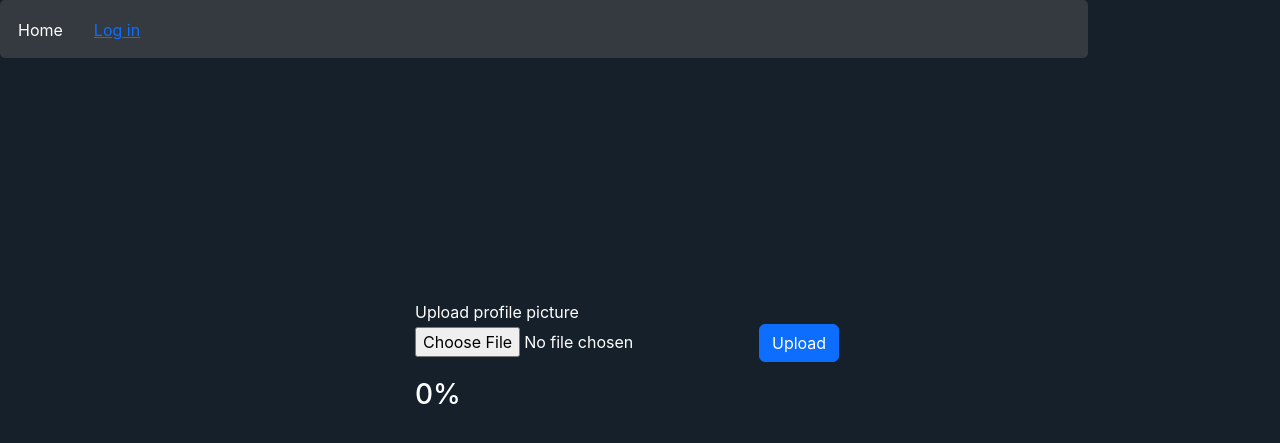
Repository: mark-itc/microblogging-roistyx
Page: /profile
These files come from the project's save history. The page is drawn as it stood at one moment and after the next save; the edit follows.
The browser window is 1280 px wide. The pictures show the whole page.
The project was rebuilt for these pictures with package versions that can differ from the ones it lists, and the page was loaded fresh each time. Also part of the build but not shown: src/views/Profile.css, src/components/TweetsRenderContext.js, src/components/TweetPosterContext.js, src/components/Post.css, src/components/Post.js, src/views/TweetBox.js, src/views/Feed.css, src/views/Feed.js and 4 more.

Above is the page before, as saved 2022-12-14 15:11:29.

### src/index.js
import React from 'react'
import ReactDOM from 'react-dom/client'
import reportWebVitals from './reportWebVitals'
import {BrowserRouter} from 'react-router-dom'
import 'bootstrap/dist/css/bootstrap.min.css'
import App from './App'
import './index.css'

const root = ReactDOM.createRoot(document.getElementById('root'))
root.render(
    <BrowserRouter>
        <App />
    </BrowserRouter>
)

reportWebVitals()

### src/App.js
import React, { useState, useEffect, useContext } from 'react'
import { Route, Routes, Switch } from 'react-router-dom'
import {Container} from 'react-bootstrap'
import { ApiTweetsContext } from './components/ApiTweetsContext'
import {Profile} from './views/Profile'
import fetchFromAPI from './helper/api'
import Navbar from './components/Navbar'
import Feed from './views/Feed'
import Signup from './views/Signup'
import Login from './views/Login'
import './components/right-column.css'
import './components/left-column.css'
import './components/Navbar.css'
import './App.css'
import { AuthProvider, useAuth } from './contexts/AuthContext'
import { TweetContextProvider } from './contexts/TweetContext'



function App() {



    return (
    <>
    <TweetContextProvider>
      <div className="app">
      {<AuthProvider>
        <Navbar className='navbar'/>
        <div className="feed-comment_box-container">
            <Routes>
              <Route path="/login" element={
                <Login/>}>
              </Route>
              <Route path="/" element={<Feed/>}></Route>
                <Route path="/signup" element={<Signup />}></Route>
                <Route path="/profile" element={<Profile/>}></Route>
            </Routes>
        </div>
        </AuthProvider>}
      </div>
      </TweetContextProvider>
    </>
  )
}

export default App

### src/components/ApiTweetsContext.js
import {createContext} from 'react'

export const ApiTweetsContext = createContext(null)

### src/views/Profile.js
import {useState, useEffec, useReducer, form} from 'react'
import Modal from 'react-bootstrap/Modal';
import { useAuth } from '../contexts/AuthContext'
import './Profile.css'
import {useTweetContext } from '../contexts/TweetContext'
import { Form, Button, Card, Alert } from 'react-bootstrap'
import { getStorage, ref, uploadBytesResumable, getDownloadURL, uploadBytes } from "firebase/storage";
// import FileUploader from "react-firebase-file-uploader";
import app from '../firebase';
import { width } from '@mui/system';
import { v4 } from 'uuid'

console.log(v4())

const storage = getStorage(app);


const ACTIONS = {
  UPDATE_PIC: 'upload-pic',
}

const initialProfileState = {
  userId: "",
  userName: "",
  profilePic: "https://placekitten.com/200/287"

}

function reducer(state, action) {
  switch (action.type) {
    case ACTIONS.UPDATE_PIC:
      return {
        ...state,
        [action.key]: action.value
       }

    default:
      return state
    }
  }



export function Profile() {
  const [show, setShow] = useState(false)
  const [progress, setProgress] = useState(0)
  const [picUrl, setPicUrl] = useState(null)
  const [state, dispatch] = useReducer(reducer, initialProfileState)
  const { currentUser } = useAuth()
  // console.log(currentUser.uid)
  const {posts} = useTweetContext()


  function handleSubmit(e) {
    console.log(state.profilePic)
    if (state.profilePic === null) {
          alert("Please choose a file first!")
        }
      const storageRef = ref(storage, `/${currentUser.uid}/${state.profilePic}`)
      uploadBytes(storageRef, state.profilePic).then(() =>{
        alert("Image uploaded")
      })

    // const uploadTask = uploadBytesResumable(storageRef, state.profilePic)
    // uploadTask.on(
    //   "state_changed",
    //   (snapshot) => {
    //     const percent = Math.round(
    //       (snapshot.bytesTransferred / snapshot.totalBytes) * 100
    //     ); // update progress

    //     setProgress(percent);
    //   },
    //   (err) => console.log(err),
    //   () => {
    //     // download url
    //     getDownloadURL(uploadTask.snapshot.ref).then((url) => {
    //       setPicUrl(url)
    //      console.log(url)
    //     });
    //   }
    // );
    // console.log({profilePic: state.profilePic, userId: currentUser.uid})
  }
  console.log(picUrl)
  return (
    <>
      <form  className="mb-3">
        <label>Upload profile picture</label>
        <input onChange={ (e) => console.log(e.target.value)
        //   (e)=> dispatch({
        //   type: ACTIONS.UPDATE_PIC,
        //   value: e.target.value,
        //   key: "profilePic",
        //   userId: currentUser.uid
        // })
      }
        type="file" accept="image/*"
        // disabled
        />
        <Button onClick={(handleSubmit)}>Upload</Button>
      </form>
      <img alt="" style={{width: "50px"}} src={picUrl}/>
      <h3>{progress}%</h3>
    </>
  );
}

### src/helper/api.js
export default async function fetchFromAPI() {
      try {
      const response = await fetch('https://micro-blogging-dot-full-stack-course-services.ew.r.appspot.com/tweet');
       const results = await response.json();
       const data = JSON.stringify(results.tweets)
       const posts = JSON.parse(data)

      return posts

    } catch (e) {
      alert("Could not retrieve tweets", e);
    }
  }

### src/components/Navbar.js
import React, { useState } from 'react'
import { Link, useNavigate } from 'react-router-dom'
import { Button } from 'react-bootstrap'
import { useAuth } from '../contexts/AuthContext'
import {Profile} from '../views/Profile'
import './Navbar.css'



export default function Navbar() {
  const {logout, currentUser} = useAuth()
  const [error, setError] = useState()
  // console.log("Navbar currentuser", currentUser)
  const navigate = useNavigate()



  async function handleLogout() {
    setError('')
    try {
      await  logout()
      navigate('/login')

    } catch {
      setError('Failed to log out')
      // console.log(error
    }
  }


  return (
    <div className="navbar">
        <span className="menu-items"><Link className="link-element" to="/">Home</Link></span>
        {currentUser ? <span className="menu-items"><Link className="link-element" to="/profile">Profile</Link></span>: ""}
        {currentUser ? <Button variant='link' onClick={handleLogout} className="link-element" to="/profile">Log Out</Button>: <Button variant='link' onClick={()=> navigate('/login')}>Log in</Button>
        }
        { !currentUser ? "" :
        <div className="menu-items"><strong>Logged in as {currentUser.email}</strong></div>}
    </div>
  )
}

### src/components/Navbar.css
.navbar {
    display: flex;
    margin-bottom: 20px;
    padding: 0;
    display: flex;
    justify-content: left;
    width: 85vw;
    height: 58px;
    position: fixed;
    background-color:#343A40;
    border-radius: 5px;
    z-index: 100
}
.menu-items {
    display: flex;
    /* position:absolute; */

    /* width: 5%; */
    /* text-align: center; */
    padding: 18px;
}

.link-element {
    text-decoration: none;
}
a {
    color: white
}

a:hover {
    color: grey;
}

.modal {
    overflow:visible;

    position: absolute;
    z-index: 100
}

### src/App.css
body {

  background-color: #15202B;

}

.card {
  color: black
}

.app {
  display: flex;
  height: 100vh;
  max-width: 1280px;
  margin-left: auto;
  margin-right: auto;

  margin-top: 5px
}

.feed-comment_box-container {
  color:#FFFFFF;
  display: flex;
  flex-direction: column;
  max-width: 450px;
  width: 100%;
  margin:auto
}

.comment-box_input-Button {
  background-color: #007BFF;
  width: 80px;
  align-items: center;
  text-align: center;
  border: none;
  color: white;
  font-weight: 400;
  text-transform: inherit !important;
  border-radius: 5px;
  margin-left: auto !important;
}

### src/contexts/AuthContext.js
import React, { useContext, useState, useEffect, createContext } from 'react'
import { auth } from '../firebase'
import { useNavigate } from 'react-router-dom'
import {getFirestore, collection, getDocs, doc, addDocs, onSnapshot} from 'firebase/firestore/lite'
import app from '../firebase';

export const AuthContext = React.createContext()


export function useAuth() {
    return useContext(AuthContext)
}

export function AuthProvider({children}) {
    const [currentUser, setCurrentUser] = useState([]);
    const [loading, setLoading] = useState(true)
    const [postCollection, setPostCollection] = useState();

    // console.log("postCollection",postCollection)

    useEffect(() => {
        const firestoreIntance = getFirestore(app)
        const postCollection = collection(firestoreIntance, 'posts')
        setPostCollection(postCollection)
      },[])

    //   console.log("postCollection", postCollection)





    function signup(email, password) {
        return auth.createUserWithEmailAndPassword(email, password)
    }

    function login(email, password) {
        return auth.signInWithEmailAndPassword(email, password)
    }

    function logout() {
        return auth.signOut()
    }

    useEffect(() => {
        const unsubscribe = auth.onAuthStateChanged(user => {
            setCurrentUser(user)
            setLoading(false)
        })
        return unsubscribe
    },[])


    const value = {
        postCollection,
        currentUser,
        signup,
        login,
        logout,

    }
  return (
    <AuthContext.Provider value={value}>
        {!loading && children}
    </AuthContext.Provider>

)
}

### src/contexts/TweetContext.js
import React, {useContext, createContext, useState} from 'react'


export const TweetContext = createContext()

export function useTweetContext() {
     return useContext(TweetContext)
}

export function TweetContextProvider({children}) {
  const [posts, setPosts] = useState(true)


  return (
    <TweetContext.Provider value={{posts, setPosts}}>
        {children}
    </TweetContext.Provider>
  )
}

### src/firebase.js
// import firebase from 'firebase/app'
// import 'firebase/auth'
import { initializeApp } from "firebase/app";
import firebase from "firebase/compat/app";
import "firebase/compat/auth";
import {getFirestore} from 'firebase/firestore'


 const app = firebase.initializeApp({
    apiKey:"AIzaSyDe-hWv9CImb4uHmg6nEhBg4k2K8TKf6d0",
  authDomain: "myauth-development-264bb.firebaseapp.com",
  projectId: "myauth-development-264bb",
  storageBucket: "myauth-development-264bb.appspot.com",
  messagingSenderId: "796593618426",
  appId: "1:796593618426:web:1dd5d0988d092a9b033843"
})
export  const auth = app.auth()
export default app
console.log()

### src/views/TweetBox.css
@import url('https://fonts.googleapis.com/css2?family=Roboto&display=swap');

.comment-box {
    padding: 10px;
    border: 2px solid #CCCCCC;
    border-radius: 6px;
    margin-top: 100px
}

.comment-box > form {
    display: flex;
    flex-direction: column;
}

.comment-box_input {
    display: flex;
}

.comment-box_input > input {
    flex: 1;
    font-family: 'Roboto';
    font-size: 16px;
    line-height: 19px;
    color: #CCCCCC;
    background-color:#15202B;
    border: none
}

.bottom-comment-box {
    display: flex;
    justify-content: space-between;
    font-family: 'Roboto';
    margin-top: 20px !important;
}

.length-error {
    margin-top: auto;
    background-color: #F5C6CB;
    color: #721C24;
    padding: 5px;
    border-radius: 6px;
}

.comment-box_input-Button {
    /* font-size: 16px; */
    display: flex;
    width: 80px;
    align-items: center;
    text-align: center;
    border: none;
    color: white;
    font-weight: 400;
    text-transform: inherit !important;
    border-radius: 5px;
    margin-left: auto !important;

}

Loaded but not shown: public/index.html (common file); src/reportWebVitals.js (common file); src/index.css (common file)

After the next save:
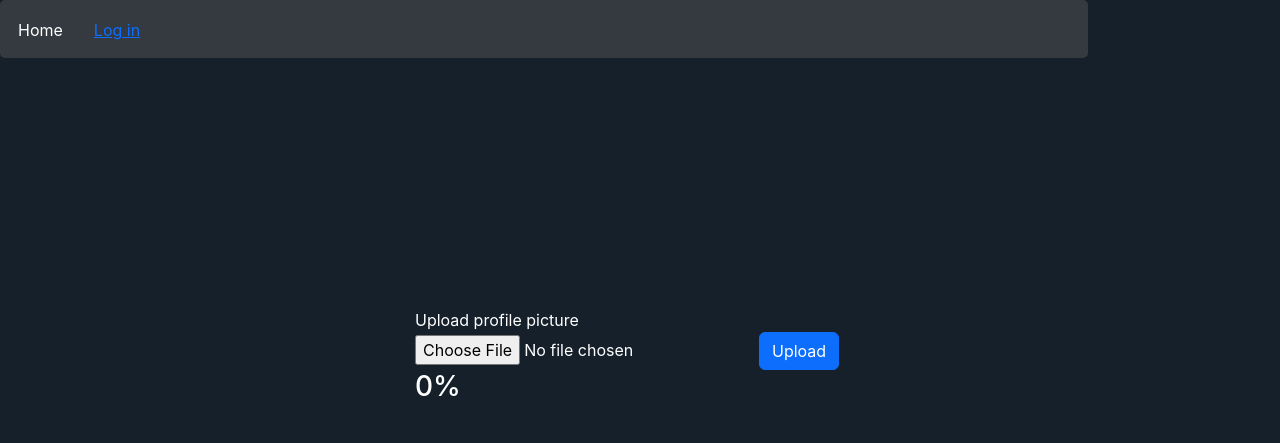
Saved 4 s later.
--- a/src/views/Profile.js
+++ b/src/views/Profile.js
@@ -85,7 +85,7 @@ export function Profile() {
   console.log(picUrl)
   return (
     <>
-      <form  className="mb-3">
+      <form  >
         <label>Upload profile picture</label>
         <input onChange={ (e) => console.log(e.target.value)
         //   (e)=> dispatch({
